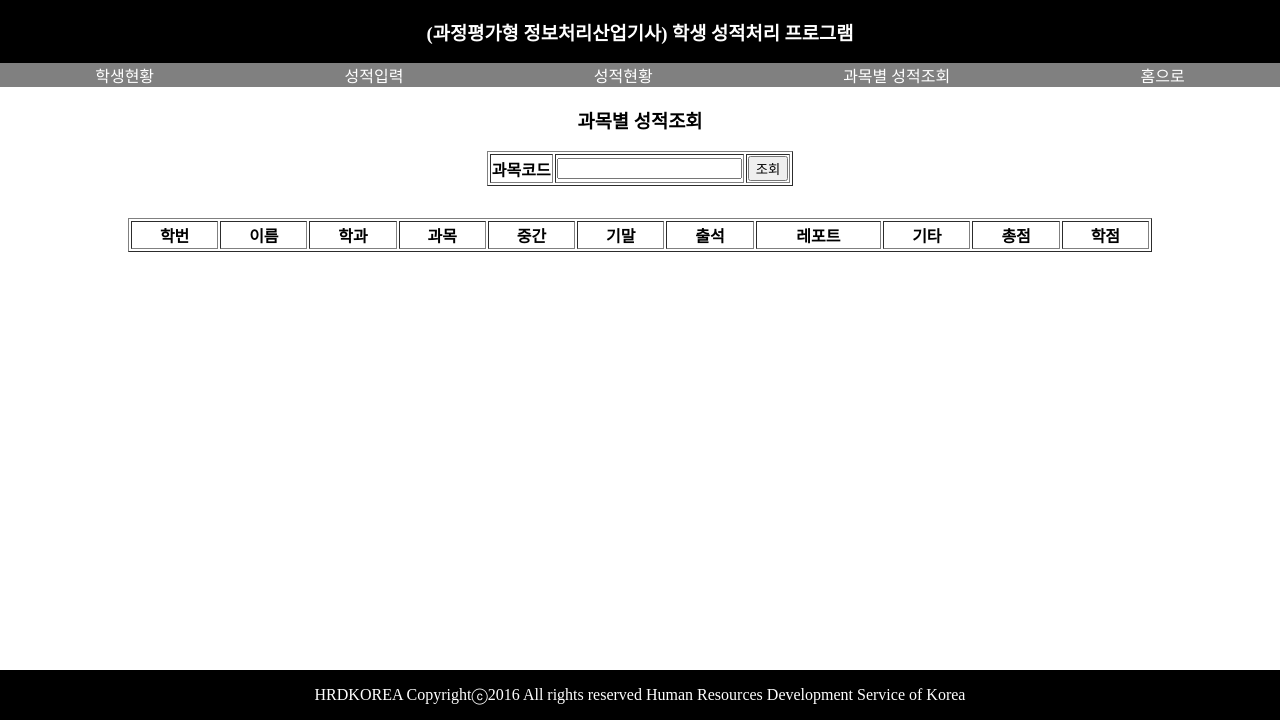
Repository: junjuny0227/jsp
Page: http://localhost/HRD_02/sub4Action.jsp
These files come from the project's save history. The page is drawn as it stood at one moment and after the next save; the edit follows.
The browser window is 1280 px wide. The pictures show the whole page.
The page is served by Tomcat 9. Other server files are loaded and not shown. Queries for data that is not in the repository find no rows.

Above is the page before, as saved 2025-05-09 07:16:01.

### HRD_02/src/main/webapp/sub4Action.jsp
<%@page import="java.text.DecimalFormat"%>
<%@page import="exam.SubjectDTO"%>
<%@page import="java.util.List"%>
<%@page import="exam.StudentDAO"%>
<%@ page language="java" contentType="text/html; charset=UTF-8"
	pageEncoding="UTF-8"%>
<%
request.setCharacterEncoding("utf-8");
String searchSubcode = request.getParameter("searchSubcode");

StudentDAO dao = new StudentDAO();
List<SubjectDTO> list = dao.selectSub4(searchSubcode);
%>
<!DOCTYPE html>
<html>
  <head>
    <meta charset="UTF-8" />
    <title>Sub4Action</title>
    <script type="text/javascript" src="check.js"></script>
  </head>
  <body
    style="
      margin: 0;
      padding: 0;
      border: 0;
      font-size: 100%;
      font: inherit;
      vertical-align: baseline;
    "
  >
    <jsp:include page="header.jsp"></jsp:include>
    <jsp:include page="nav.jsp"></jsp:include>

    <section style="display: flex; flex-direction: column; align-items: center">
      <h3>과목별 성적조회</h3>
      <form
        action="sub4Action.jsp"
        method="post"
        name="sub4Form"
        style="margin-bottom: 32px"
      >
        <table border="1">
          <tr>
            <th>과목코드</th>
            <td>
              <input type="text" name="searchSubcode" />
            </td>
            <td>
              <input type="button" value="조회" onclick="fnSub4FormCheck()" />
            </td>
          </tr>
        </table>
      </form>
      <table border="1" width="80%">
        <tr>
          <th>학번</th>
          <th>이름</th>
          <th>학과</th>
          <th>과목</th>
          <th>중간</th>
          <th>기말</th>
          <th>출석</th>
          <th>레포트</th>
          <th>기타</th>
          <th>총점</th>
          <th>학점</th>
        </tr>
        <% for (SubjectDTO dto : list) { %>
        <tr align="center">
          <td><%=dto.getStuid()%></td>
          <td><%=dto.getSname()%></td>
          <td><%=dto.getDeptname()%></td>
          <td><%=dto.getSubname()%></td>
          <td><%=dto.getMidscore()%></td>
          <td><%=dto.getFinalscore()%></td>
          <td><%=dto.getAttend()%></td>
          <td><%=dto.getReport()%></td>
          <td><%=dto.getEtc()%></td>

          <%
          	double total = dto.getTotal();
            DecimalFormat df = new DecimalFormat("0.0");
          %>

          <td><%=df.format(total)%></td>
          <td><%=dto.getGrade()%></td>
        </tr>
        <% } %>
      </table>
    </section>

    <jsp:include page="footer.jsp"></jsp:include>
  </body>
</html>

### HRD_02/src/main/webapp/header.jsp
<%@ page language="java" contentType="text/html; charset=UTF-8"
pageEncoding="UTF-8"%>
<!DOCTYPE html>
<html>
  <head>
    <meta charset="UTF-8" />
    <title>header</title>
  </head>
  <body>
    <header style="background-color: black; width: 100%">
      <h3 style="margin: 0; padding: 18px 0; text-align: center; color: white">
        (과정평가형 정보처리산업기사) 학생 성적처리 프로그램
      </h3>
    </header>
  </body>
</html>

### HRD_02/src/main/webapp/nav.jsp
<%@ page language="java" contentType="text/html; charset=UTF-8"
pageEncoding="UTF-8"%>
<!DOCTYPE html>
<html>
  <head>
    <meta charset="UTF-8" />
    <title>nav</title>
  </head>
  <body>
    <nav
      style="
        background-color: gray;
        display: flex;
        justify-content: space-around;
      "
    >
      <a href="sub1.jsp" style="text-decoration: none; color: white"
        >학생현황</a
      >
      <a href="sub2.jsp" style="text-decoration: none; color: white"
        >성적입력</a
      >
      <a href="sub3.jsp" style="text-decoration: none; color: white"
        >성적현황</a
      >
      <a href="sub4.jsp" style="text-decoration: none; color: white"
        >과목별 성적조회</a
      >
      <a href="index.jsp" style="text-decoration: none; color: white">홈으로</a>
    </nav>
  </body>
</html>

### HRD_02/src/main/webapp/footer.jsp
<%@ page language="java" contentType="text/html; charset=UTF-8"
pageEncoding="UTF-8"%>
<!DOCTYPE html>
<html>
  <head>
    <meta charset="UTF-8" />
    <title>footer</title>
  </head>
  <body>
    <footer
      style="
        background-color: black;
        position: fixed;
        left: 0;
        bottom: 0;
        width: 100%;
      "
    >
      <p style="text-align: center; color: white">
        HRDKOREA Copyrightⓒ2016 All rights reserved Human Resources Development
        Service of Korea
      </p>
    </footer>
  </body>
</html>

### HRD_02/src/main/java/exam/StudentDAO.java
package exam;

import java.sql.Connection;
import java.sql.DriverManager;
import java.sql.PreparedStatement;
import java.sql.ResultSet;
import java.util.ArrayList;
import java.util.List;

public class StudentDAO {
	// 멤버 변수 선언
	private Connection conn; // DB 연결
	private PreparedStatement ps; // SQL 전송
	private ResultSet rs; // select 결과

	// DB 접속
	public Connection getConn() {
		String url = "jdbc:oracle:thin:@127.0.0.1:1521:xe";
		String user = "system";
		String password = "1234";

		try {
			Class.forName("oracle.jdbc.OracleDriver");
			conn = DriverManager.getConnection(url, user, password);
			System.out.println("DB 접속 완료");
		} catch (Exception e) {
			e.printStackTrace();
			System.out.println("getConn() Exception");
		}

		return conn;
	} // getConn()

	// DB 접속 해제
	public void dbClose() {
		try {
			if (rs != null)
				rs.close();
			if (ps != null)
				ps.close();
			if (conn != null)
				conn.close();
			System.out.println("DB 접속 해제");
		} catch (Exception e) {
			e.printStackTrace();
			System.out.println("dbClose() Exception");
		}
	} // dbClose()

	// 전체 학생 목록조회
	public List<StudentDTO> selectSub1() {
		conn = getConn();
		String sql = "select * from tbl_student_202210 order by stuid asc";
		List<StudentDTO> list = new ArrayList<StudentDTO>();

		try {
			ps = conn.prepareStatement(sql);
			rs = ps.executeQuery();

			while (rs.next()) {
				StudentDTO dto = new StudentDTO();
				dto.setStuid(rs.getString(1));
				dto.setSname(rs.getString(2));
				dto.setDeptname(rs.getString(3));

				String jumin = rs.getString(4);
				jumin = jumin.substring(0, 6) + "-" + jumin.substring(6);
				dto.setJumin(jumin);

				String gender = jumin.substring(7, 8);
				if (gender.equals("3"))
					gender = "남자";
				if (gender.equals("4"))
					gender = "여자";
				dto.setGender(gender);

				dto.setPhone(rs.getString(5));
				dto.setEmail(rs.getString(6));

				list.add(dto);
			}
		} catch (Exception e) {
			e.printStackTrace();
			System.out.println("selectSub1() Exception");
		} finally {
			dbClose();
		}

		return list;
	} // selectSub1()

	// 성적현황 조회
	public List<ScoreDTO> selectSub3() {
		conn = getConn();
		String sql = "select student.stuid, student.sname, ";
		sql += "subject.subname, subject.subcode, subject.proname, ";
		sql += "score.midscore, score.finalscore, score.attend, score.report, score.etc ";
		sql += "from tbl_student_202210 student, tbl_subject_202210 subject, tbl_score_202210 score ";
		sql += "where student.stuid = score.stuid and score.subcode = subject.subcode ";
		sql += "order by student.sname asc";
		List<ScoreDTO> list = new ArrayList<ScoreDTO>();

		try {
			ps = conn.prepareStatement(sql);
			rs = ps.executeQuery();

			while (rs.next()) {
				ScoreDTO dto = new ScoreDTO();
				dto.setStuid(rs.getString(1));
				dto.setSname(rs.getString(2));
				dto.setSubname(rs.getString(3));
				dto.setSubcode(rs.getString(4));
				dto.setProname(rs.getString(5));

				int midScore = rs.getInt(6);
				int finalScore = rs.getInt(7);
				int attend = rs.getInt(8);
				int report = rs.getInt(9);
				int etc = rs.getInt(10);

				dto.setMidscore(midScore);
				dto.setFinalscore(finalScore);
				dto.setAttend(attend);
				dto.setReport(report);
				dto.setEtc(etc);

				int avg = (midScore + finalScore + attend + report + etc) / 5;
				dto.setAvg(avg);

				double total = midScore * 0.3 + finalScore * 0.3 + attend * 0.2 + report * 0.1 + etc * 0.1;
				dto.setTotal(total);

				String grade = "";
				if (total >= 95)
					grade = "A+";
				else if (total >= 90)
					grade = "A";
				else if (total >= 85)
					grade = "B+";
				else if (total >= 80)
					grade = "B";
				else if (total >= 75)
					grade = "C+";
				else if (total >= 70)
					grade = "C";
				else if (total >= 65)
					grade = "D+";
				else if (total >= 60)
					grade = "D";
				else
					grade = "F";
				dto.setGrade(grade);

				list.add(dto);
			}
		} catch (Exception e) {
			e.printStackTrace();
			System.out.println("selectSub3() Exception");
		} finally {
			dbClose();
		}

		return list;
	} // selectSub3()

	// 과목별 성적조회
	public List<SubjectDTO> selectSub4(String searchSubcode) {
		conn = getConn();
		String sql = "select student.stuid, student.sname, student.deptname, ";
		sql += "subject.subname, ";
		sql += "score.midscore, score.finalscore, score.attend, score.report, score.etc ";
		sql += "from tbl_student_202210 student, tbl_score_202210 score, tbl_subject_202210 subject ";
		sql += "where student.stuid = score.stuid and score.subcode = subject.subcode and subject.subcode = ? ";
		sql += "order by student.stuid asc";

		List<SubjectDTO> list = new ArrayList<SubjectDTO>();

		try {
			ps = conn.prepareStatement(sql);
			ps.setString(1, searchSubcode);
			rs = ps.executeQuery();

			while (rs.next()) {
				SubjectDTO dto = new SubjectDTO();
				dto.setStuid(rs.getString(1));
				dto.setSname(rs.getString(2));
				dto.setDeptname(rs.getString(3));
				dto.setSubname(rs.getString(4));

				int midScore = rs.getInt(5);
				int finalScore = rs.getInt(6);
				int attend = rs.getInt(7);
				int report = rs.getInt(8);
				int etc = rs.getInt(9);

				dto.setMidscore(midScore);
				dto.setFinalscore(finalScore);
				dto.setAttend(attend);
				dto.setReport(report);
				dto.setEtc(etc);

				list.add(dto);
			}

		} catch (Exception e) {
			e.printStackTrace();
			System.out.println("selectSub4() Exception");
		} finally {
			dbClose();
		}

		return list;
	} // selectSub4()

} // class

Loaded but not shown: HRD_02/src/main/webapp/check.js (no copy from this time; the picture is the same without it)

After the next save:
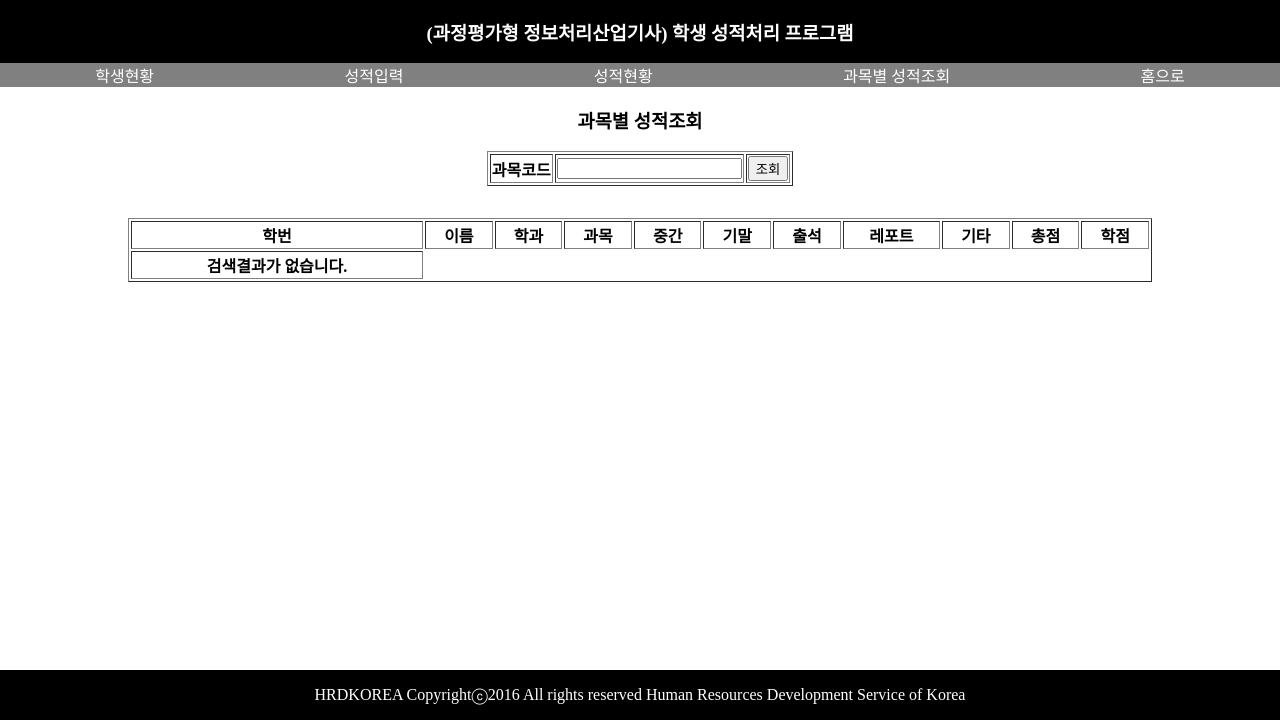
Saved 2 min 27 s later.
--- a/HRD_02/src/main/webapp/sub4Action.jsp
+++ b/HRD_02/src/main/webapp/sub4Action.jsp
@@ -65,26 +65,11 @@ List<SubjectDTO> list = dao.selectSub4(searchSubcode);
           <th>총점</th>
           <th>학점</th>
         </tr>
-        <% for (SubjectDTO dto : list) { %>
-        <tr align="center">
-          <td><%=dto.getStuid()%></td>
-          <td><%=dto.getSname()%></td>
-          <td><%=dto.getDeptname()%></td>
-          <td><%=dto.getSubname()%></td>
-          <td><%=dto.getMidscore()%></td>
-          <td><%=dto.getFinalscore()%></td>
-          <td><%=dto.getAttend()%></td>
-          <td><%=dto.getReport()%></td>
-          <td><%=dto.getEtc()%></td>
-
-          <%
-          	double total = dto.getTotal();
-            DecimalFormat df = new DecimalFormat("0.0");
-          %>
-
-          <td><%=df.format(total)%></td>
-          <td><%=dto.getGrade()%></td>
-        </tr>
+        <% if (list.size() == 0) { %>
+        	<tr>
+        		<th colspan="1">검색결과가 없습니다.</th>
+        	</tr>
+        <% } else { %>
         <% } %>
       </table>
     </section>
